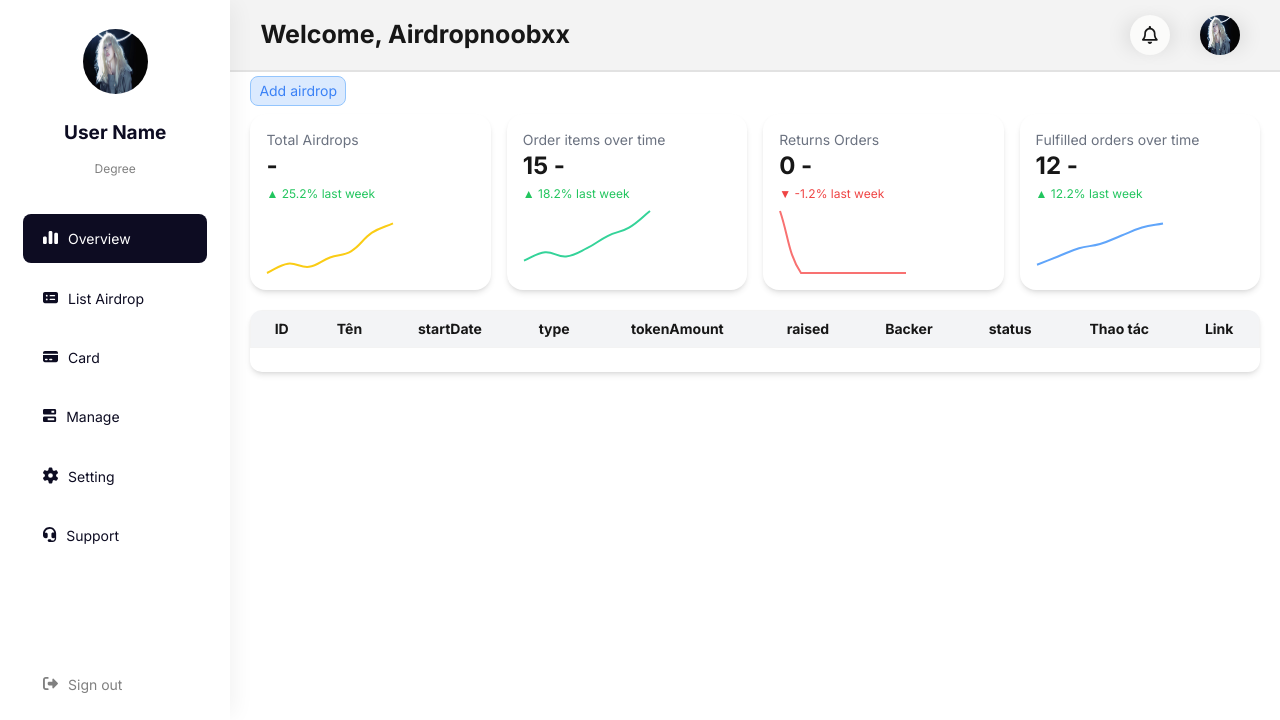
Repository: conGaStuer/airdropmamager
Page: /airdrops
The author's editor kept a copy of each file at every save. The page is drawn from the files as they stood at one save, then again after the next save.
The browser window is 1280 px wide. The pictures show the whole page.
The page's requests for data from a server got no answer. The project was rebuilt for these pictures with package versions that can differ from the ones it lists, and the page was loaded fresh each time. The framework's server and built-in components were replaced by stand-ins that run in the browser. No one was signed in, and anything a server would have sent is missing. Also part of the build but not shown: next.config.ts.

Above is the page before, as saved 2025-05-28 19:04:40.

After the next save:
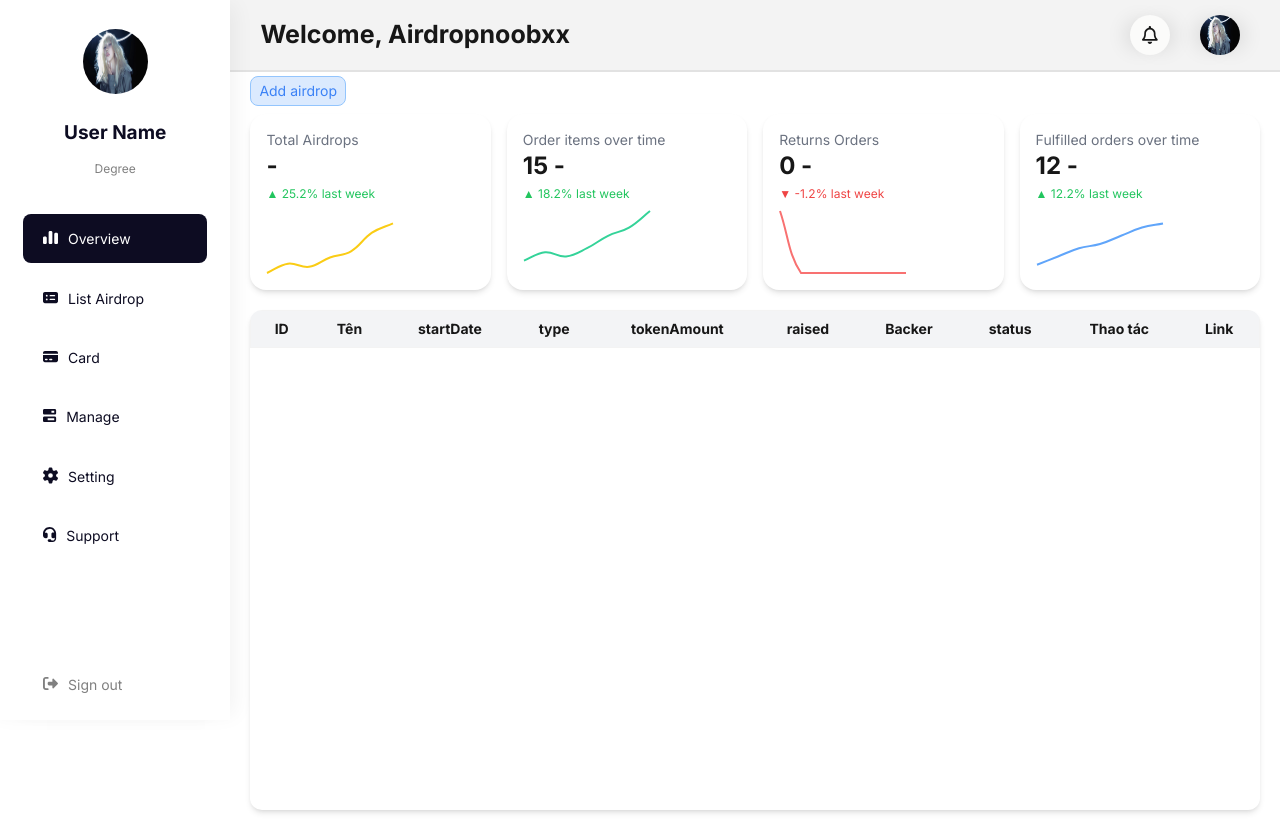
Saved 16 s later.
--- a/src/styles/table.scss
+++ b/src/styles/table.scss
@@ -6,3 +6,6 @@ td {
   font-family: "Inter", sans-serif;
   font-size: small;
 }
+.min-table-height {
+  min-height: 500px; /* Điều chỉnh tùy theo chiều cao của 10 dòng */
+}
